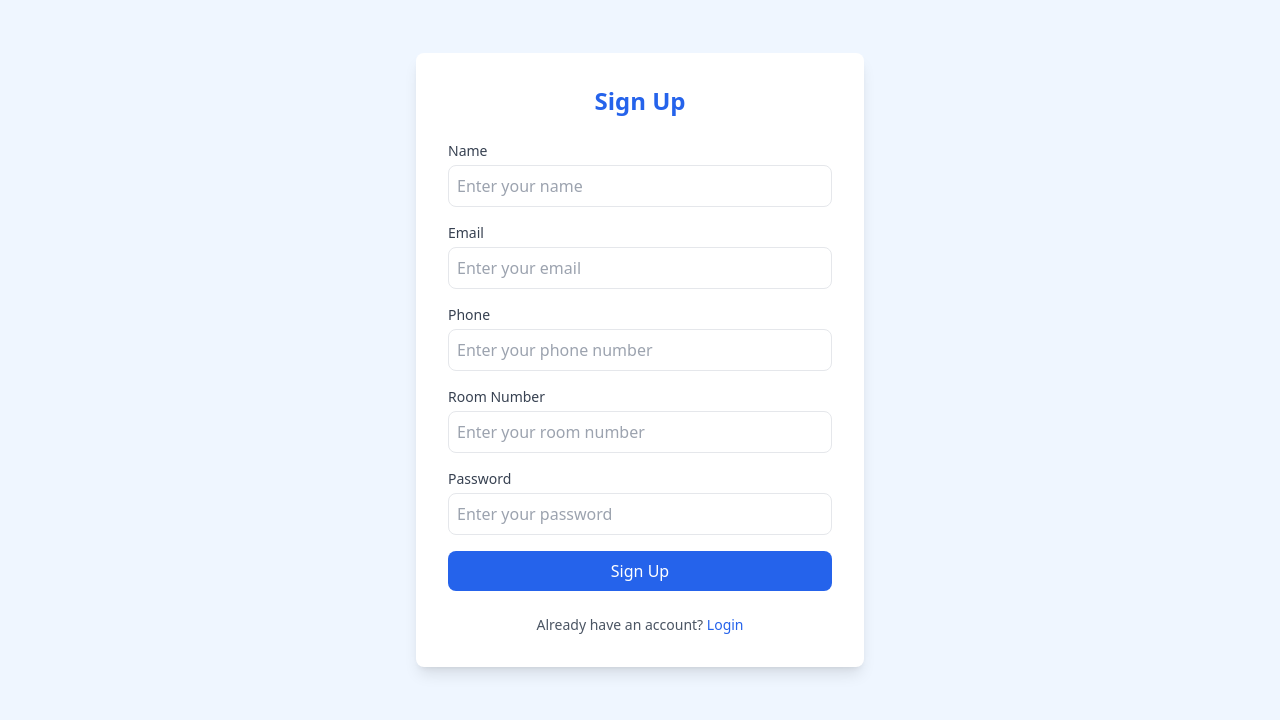
Repository: makanda596/system
Page: /signup (app in client/)
These files come from the project's save history. The page is drawn as it stood at one moment and after the next save; the edit follows.
The browser window is 1280 px wide. The pictures show the whole page.
The project was rebuilt for these pictures with package versions that can differ from the ones it lists, and the page was loaded fresh each time. Also part of the build but not shown: client/src/LoginForm.jsx. Imported but missing from the stored project, and not drawn on this page: client/src/reportWebVitals.

Above is the page before, as saved 2024-12-03 08:00:23.

### client/src/App.js
import React from 'react';
import { BrowserRouter as Router, Route, Routes } from 'react-router-dom';
import Home from './Home.jsx'
import SignUpForm from './SignUpForm.jsx'
import LoginForm from './LoginForm.jsx'
function App() {
  return (
    <div>
      <Router>
        <Routes>
          <Route path="/signup" element={<SignUpForm />} />
          <Route path="/login" element={<LoginForm />} />
          <Route path="/home" element={<Home />} />
        </Routes>
      </Router>
    </div>
  );
}

export default App;

### client/src/SignUpForm.jsx
import React, { useState } from 'react';
import axios from 'axios';

function SignUpForm() {
    const [formData, setFormData] = useState({
        name: '',
        email: '',
        phone: '',
        roomNumber: '',
        password: ''
    });

    const [message, setMessage] = useState('');
    const [isError, setIsError] = useState(false);

    const handleChange = (e) => {
        setFormData({ ...formData, [e.target.name]: e.target.value });
    };

    const handleSubmit = async (e) => {
        e.preventDefault();
        try {
            const response = await axios.post('http://localhost:5000/signup', formData);
            setIsError(false);
            setMessage(response.data.message);
            setFormData({ name: '', email: '', phone: '', roomNumber: '', password: '' });
        } catch (error) {
            setIsError(true);
            setMessage(error.response?.data?.message || 'An error occurred. Please try again.');
        }
    };

    return (
        <div className="min-h-screen bg-blue-50 flex items-center justify-center">
            <div className="bg-white p-8 rounded-lg shadow-lg w-full max-w-md">
                <h1 className="text-2xl font-bold text-blue-600 text-center mb-6">Sign Up</h1>
                <form onSubmit={handleSubmit} className="space-y-4">
                    <div>
                        <label className="block text-sm font-medium text-gray-700">Name</label>
                        <input
                            type="text"
                            name="name"
                            value={formData.name}
                            onChange={handleChange}
                            className="mt-1 p-2 w-full border rounded-lg focus:ring-blue-500 focus:border-blue-500"
                            placeholder="Enter your name"
                            required
                        />
                    </div>
                    <div>
                        <label className="block text-sm font-medium text-gray-700">Email</label>
                        <input
                            type="email"
                            name="email"
                            value={formData.email}
                            onChange={handleChange}
                            className="mt-1 p-2 w-full border rounded-lg focus:ring-blue-500 focus:border-blue-500"
                            placeholder="Enter your email"
                            required
                        />
                    </div>
                    <div>
                        <label className="block text-sm font-medium text-gray-700">Phone</label>
                        <input
                            type="text"
                            name="phone"
                            value={formData.phone}
                            onChange={handleChange}
                            className="mt-1 p-2 w-full border rounded-lg focus:ring-blue-500 focus:border-blue-500"
                            placeholder="Enter your phone number"
                            required
                        />
                    </div>
                    <div>
                        <label className="block text-sm font-medium text-gray-700">Room Number</label>
                        <input
                            type="text"
                            name="roomNumber"
                            value={formData.roomNumber}
                            onChange={handleChange}
                            className="mt-1 p-2 w-full border rounded-lg focus:ring-blue-500 focus:border-blue-500"
                            placeholder="Enter your room number"
                            required
                        />
                    </div>
                    <div>
                        <label className="block text-sm font-medium text-gray-700">Password</label>
                        <input
                            type="password"
                            name="password"
                            value={formData.password}
                            onChange={handleChange}
                            className="mt-1 p-2 w-full border rounded-lg focus:ring-blue-500 focus:border-blue-500"
                            placeholder="Enter your password"
                            required
                        />
                    </div>
                    <button
                        type="submit"
                        className="w-full py-2 px-4 bg-blue-600 text-white rounded-lg hover:bg-blue-700 transition duration-300"
                    >
                        Sign Up
                    </button>
                </form>
                {message && (
                    <p
                        className={`mt-4 text-center text-sm ${isError ? 'text-red-500' : 'text-green-500'
                            }`}
                    >
                        {message}
                    </p>
                )}
                <div className="mt-6 text-center">
                    <p className="text-sm text-gray-600">
                        Already have an account?{' '}
                        <a href="/login" className="text-blue-600 hover:underline">
                            Login
                        </a>
                    </p>
                </div>
            </div>
        </div>
    );
}

export default SignUpForm;

### client/src/Home.jsx
import React from 'react';

function Home() {
    return (
        <div>
            <h1 className="text-3xl font-bold underline">
      Hello world!
    </h1>
            <h1>Welcome to the Home Page</h1>
            <a href="/login" >login</a>
        </div>
    );
}

export default Home;

Loaded but not shown: client/src/index.js (common file); client/src/index.css (common file); client/tailwind.config.js (common file)

After the next save:
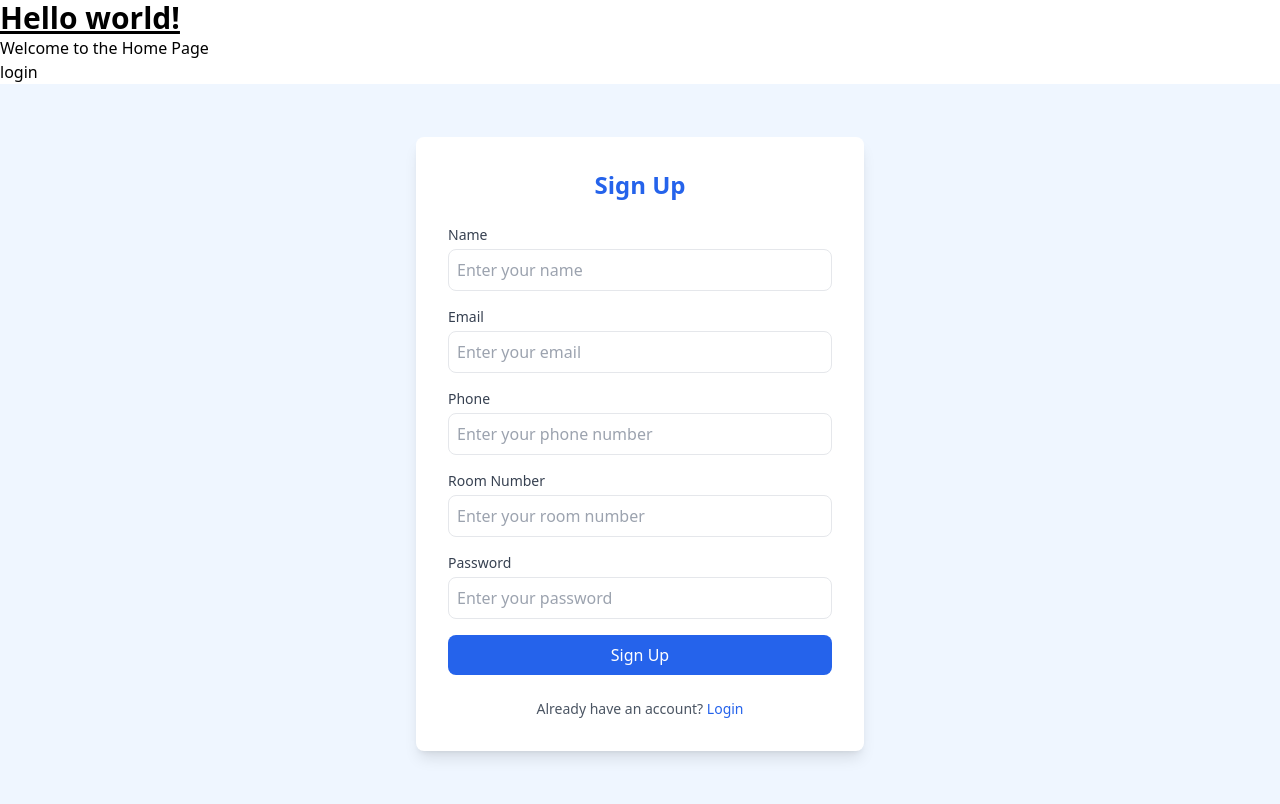
Saved 95 s later.
--- a/client/src/App.js
+++ b/client/src/App.js
@@ -6,11 +6,11 @@
 function App() {
   return (
     <div>
+      <Home />
       <Router>
         <Routes>
           <Route path="/signup" element={<SignUpForm />} />
           <Route path="/login" element={<LoginForm />} />
-          <Route path="/home" element={<Home />} />
         </Routes>
       </Router>
     </div>

After the 2 saves that followed:
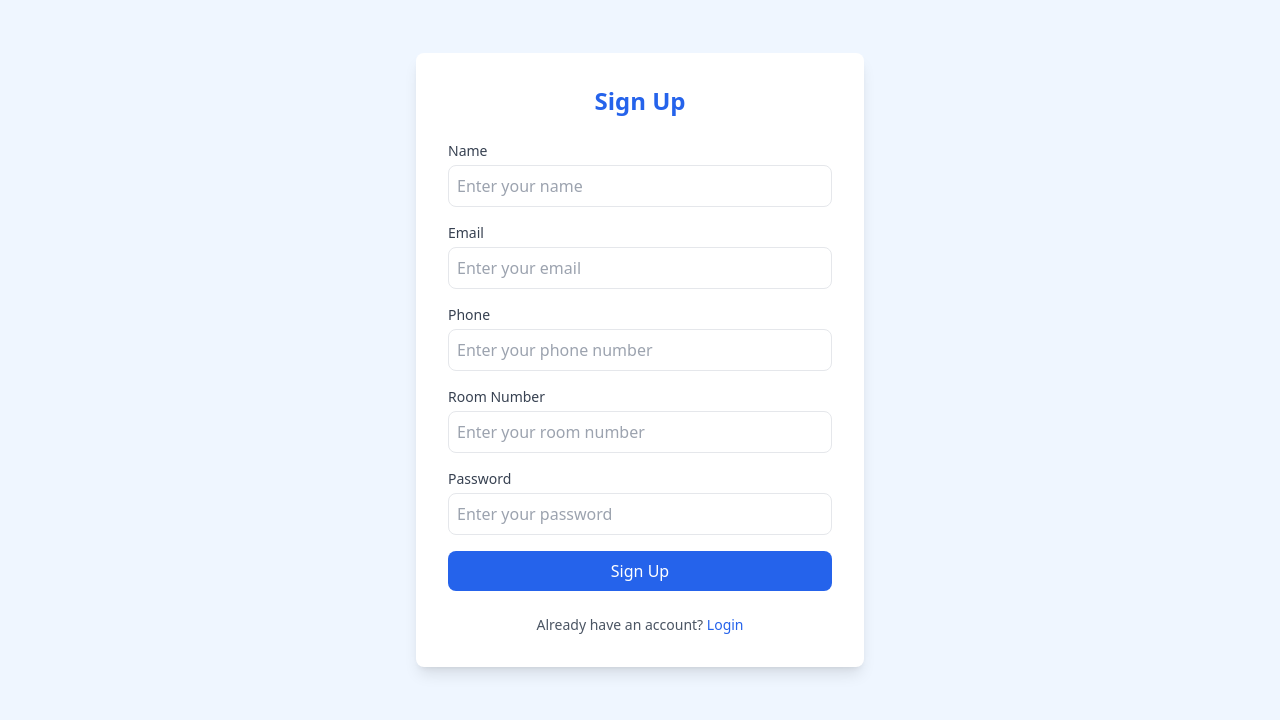
The 2 saves are shown as one change because 1 left the picture as it was.
The last was saved 4 min 20 s later.
--- a/client/src/App.js
+++ b/client/src/App.js
@@ -6,11 +6,9 @@
 function App() {
   return (
     <div>
-      <Home />
       <Router>
         <Routes>
           <Route path="/signup" element={<SignUpForm />} />
-          <Route path="/login" element={<LoginForm />} />
         </Routes>
       </Router>
     </div>
